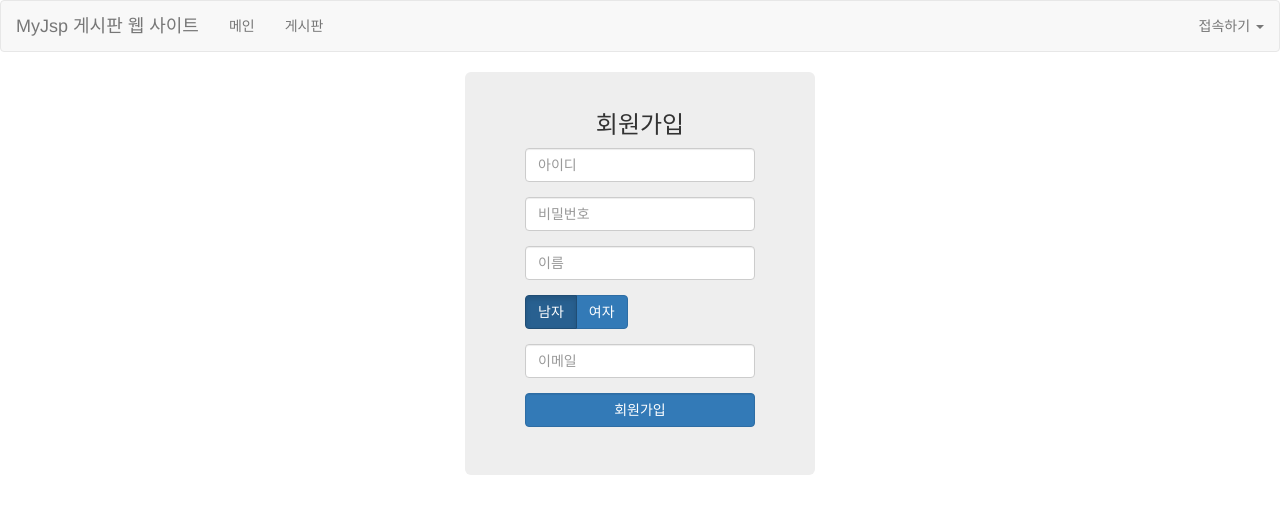
Repository: Ji3un/JspBoard
Page: http://localhost/BBS/join.jsp
These files come from the project's save history. The page is drawn as it stood at one moment and after the next save; the edit follows.
The browser window is 1280 px wide. The pictures show the whole page.
Some web libraries are served in a nearby version. The page is served by Tomcat 9. Other server files are loaded and not shown.

Above is the page before, as saved 2017-10-03 11:52:39.

### BBS/WebContent/join.jsp
<%@ page language="java" contentType="text/html; charset=UTF-8"
	pageEncoding="UTF-8"%>
<!DOCTYPE html>
<html>
<head>
<meta name="viewport" content="width=device-width" , initial-scale="1">
<meta http-equiv="Content-Type" content="text/html; charset=UTF-8">
<link rel="stylesheet" href="css/bootstrap.css">
<title>Welcome</title>
</head>
<body>
	<nav class="navbar navbar-default">
		<div class="navbar-header">
			<button type="button" class="navbar-toggle collapsed"
				data-toggle="collapse" data-target="#bs-example-navbar-collapse-1"
				aria-expanded="false">
				<span class="icon-bar"></span> <span class="icon-bar"></span> <span
					class="icon-bar"></span>
			</button>
			<a class="navbar-brand" href="main.jsp">MyJsp 게시판 웹 사이트</a>
		</div>
		<div class="collapse navbar-collapse"
			id="#bs-example-navbar-collapse-1">
			<ul class="nav navbar-nav">
				<li><a href="main.jsp">메인</a></li>
				<li><a href="bbs.jsp">게시판</a></li>
			</ul>
			<ul class="nav navbar-nav navbar-right">
				<li class="dropdown"><a class="dropdown-toggle"
					data-toggle="dropdown" role="button" href="#" aria-haspopup="true"
					aria-expanded="false"> 접속하기 <span class="caret"></span>
				</a>
					<ul class="dropdown-menu">
						<li class="active"><a href="login.jsp">로그인</a></li>
						<li><a href="join.jsp">회원가입</a></li>
					</ul></li>
			</ul>
		</div>
	</nav>
	<div class="container">
		<div class="col-lg-4"></div>
		<div class="col-lg-4">
			<div class="jumbotron" style="padding-top: 20px;">
				<form method="post" action="joinAction.jsp">
					<h3 style="text-align: center;">회원가입</h3>
					<div class="form-group">
						<input type="text" class="form-control" placeholder="아이디"
							name="userID" maxlength="20">
					</div>
					<div class="form-group">
						<input type="password" class="form-control" placeholder="비밀번호"
							name="userPassword">
					</div>
					<div class="form-group">
						<input type="text" class="form-control" placeholder="이름"
							name="userName" maxlength="20">
					</div>
					<div class="form-group" style="text-aliㅎn:center;">
						<div class="btn-group" data-toggle="buttons">
							<label class="btn btn-primary active">
								<input type="radio" name="userGender" autocomplete="off" value="0" checked>남자
							</label>
							<label class="btn btn-primary">
								<input type="radio" name="userGender" autocomplete="off" value="1" checked>여자
							</label>
						</div>
					</div>
					<div class="form-group">
						<input type="email" class="form-control" placeholder="이메일"
							name="userEmail" maxlength="50">
					</div>
					<input type="submit" class="btn btn-primary form-control"
						value="회원가입">
				</form>
			</div>
		</div>
		<div class="col-lg-4"></div>
	</div>
	<script src="https://code.jquery.com/jquery-3.2.1.min.js"></script>
	<script src="js/bootstrap.js"></script>
</body>
</html>

Loaded but not shown: BBS/WebContent/css/bootstrap.css (library); BBS/WebContent/js/bootstrap.js (library)

After the next save:
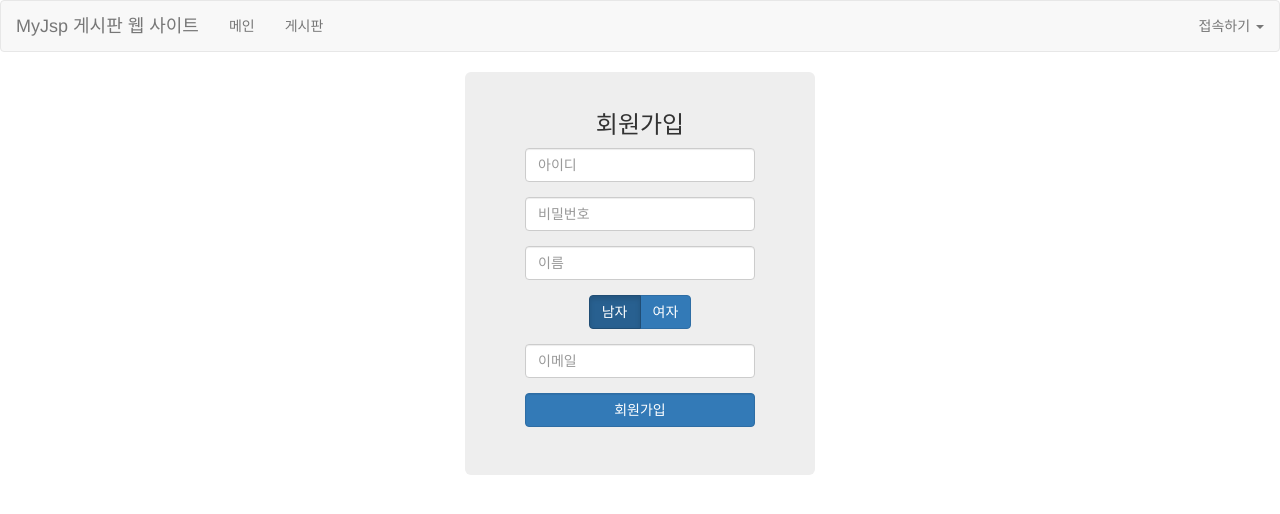
Saved 16 s later.
--- a/BBS/WebContent/join.jsp
+++ b/BBS/WebContent/join.jsp
@@ -55,7 +55,7 @@
 						<input type="text" class="form-control" placeholder="이름"
 							name="userName" maxlength="20">
 					</div>
-					<div class="form-group" style="text-aliㅎn:center;">
+					<div class="form-group" style="text-align:center;">
 						<div class="btn-group" data-toggle="buttons">
 							<label class="btn btn-primary active">
 								<input type="radio" name="userGender" autocomplete="off" value="0" checked>남자
